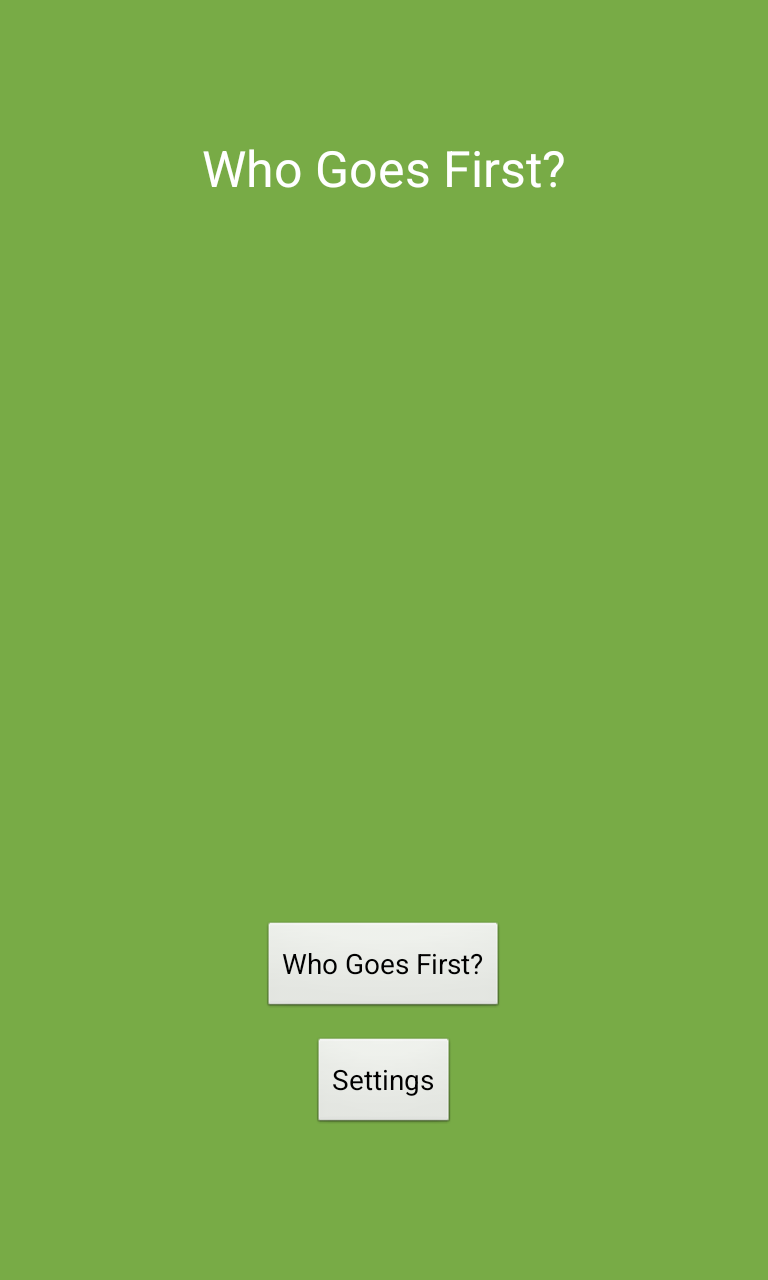
Repository: DarwinLYang/WhoGoesFirstApp
Layout: Who First/WhoFirst/res/layout/fragment_main.xml
The author's editor kept a copy of each file at every save. The layout is drawn from the files as they stood at one save, then again after the next save.
It is drawn on a 768 x 1280 px phone screen (xhdpi) without system bars, with theme android:Theme.NoTitleBar.Fullscreen; the app's code is not run.

Above is the layout before, as saved 2014-04-07 21:39:18.

### Who First/WhoFirst/res/layout/fragment_main.xml
<RelativeLayout xmlns:android="http://schemas.android.com/apk/res/android"
    xmlns:tools="http://schemas.android.com/tools"
    android:id="@+id/TitleScreen"
    android:layout_width="match_parent"
    android:layout_height="match_parent"
    android:background="@color/green">

    <Button
        android:id="@+id/questionButton"
        android:layout_width="wrap_content"
        android:layout_height="wrap_content"
        android:layout_alignParentBottom="true"
        android:layout_centerHorizontal="true"
        android:layout_marginBottom="132dp"
        android:onClick="questionScreen"
        android:text="@string/button_question" />

    <Button
        android:id="@+id/settingsButton"
        android:layout_width="wrap_content"
        android:layout_height="wrap_content"
        android:layout_alignTop="@+id/questionButton"
        android:layout_centerHorizontal="true"
        android:layout_marginTop="58dp"
        android:onClick="settingsScreen"
        android:text="@string/button_setting" />

    <TextView
        android:id="@+id/textView1"
        android:layout_width="wrap_content"
        android:layout_height="wrap_content"
        android:layout_alignParentTop="true"
        android:layout_centerHorizontal="true"
        android:layout_marginTop="67dp"
        android:text="Who Goes First?"
        android:textSize="25sp"
        android:textAppearance="?android:attr/textAppearanceLarge" />

</RelativeLayout>

### Who First/WhoFirst/res/values/strings.xml
<?xml version="1.0" encoding="utf-8"?>
<resources>

    <string name="app_name">Who Goes First</string>
    <string name="button_question">Who Goes First?</string>
    <string name="button_setting">Settings</string>
    <string name="button_next_question">Give me another</string>
    <string name="action_settings">Settings</string>
    <string name="title_activity_main">MainActivity</string>
    <string name="title_activity_question">QuestionActivity</string>
    <string name="title_activity_settings">SettingsActivity</string>
    <string name="text_question_title">Question</string>
    <string name="text_default_question">Default Question</string>

    <color name="green">#78AB46</color>
    <color name="blue">#43BFC7</color>
    <color name="red">#E77471</color>

</resources>

After the next save:
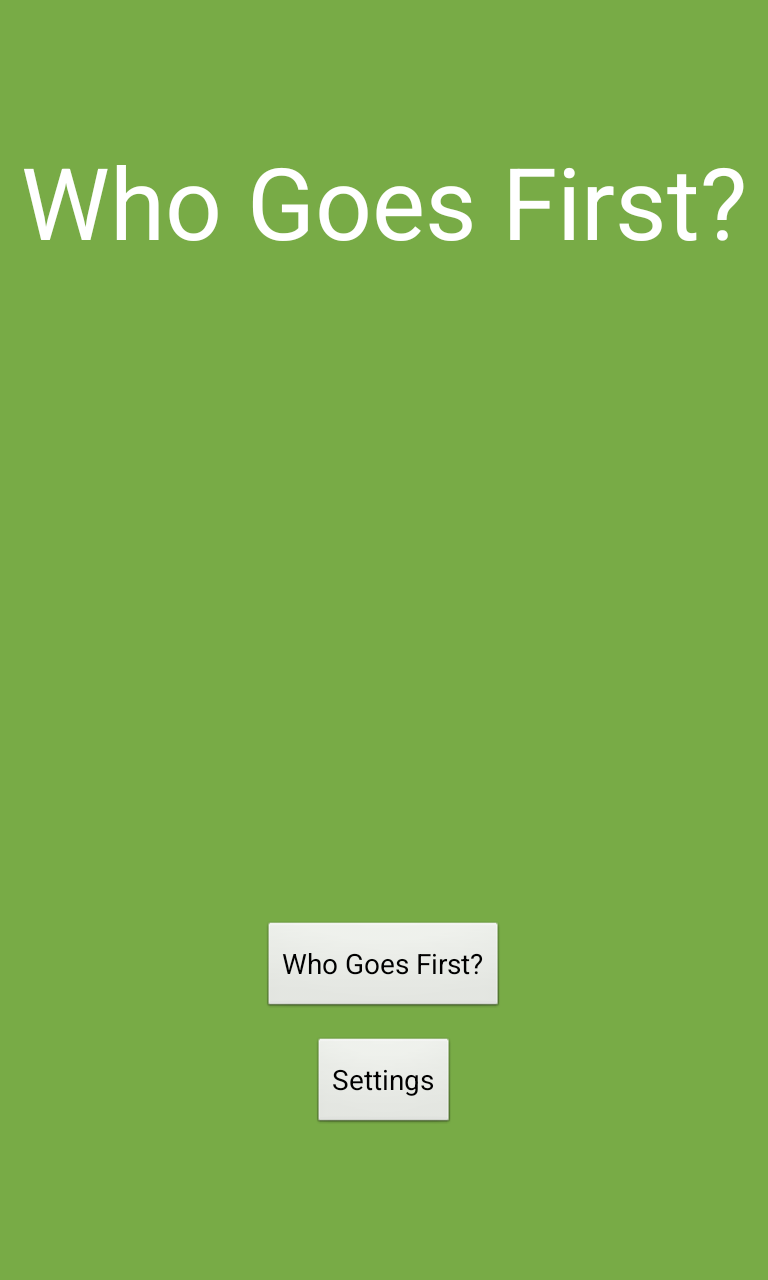
Saved 21 s later.
--- a/Who First/WhoFirst/res/layout/fragment_main.xml
+++ b/Who First/WhoFirst/res/layout/fragment_main.xml
@@ -33,7 +33,7 @@
         android:layout_centerHorizontal="true"
         android:layout_marginTop="67dp"
         android:text="Who Goes First?"
-        android:textSize="25sp"
+        android:textSize="50sp"
         android:textAppearance="?android:attr/textAppearanceLarge" />
 
 </RelativeLayout>
